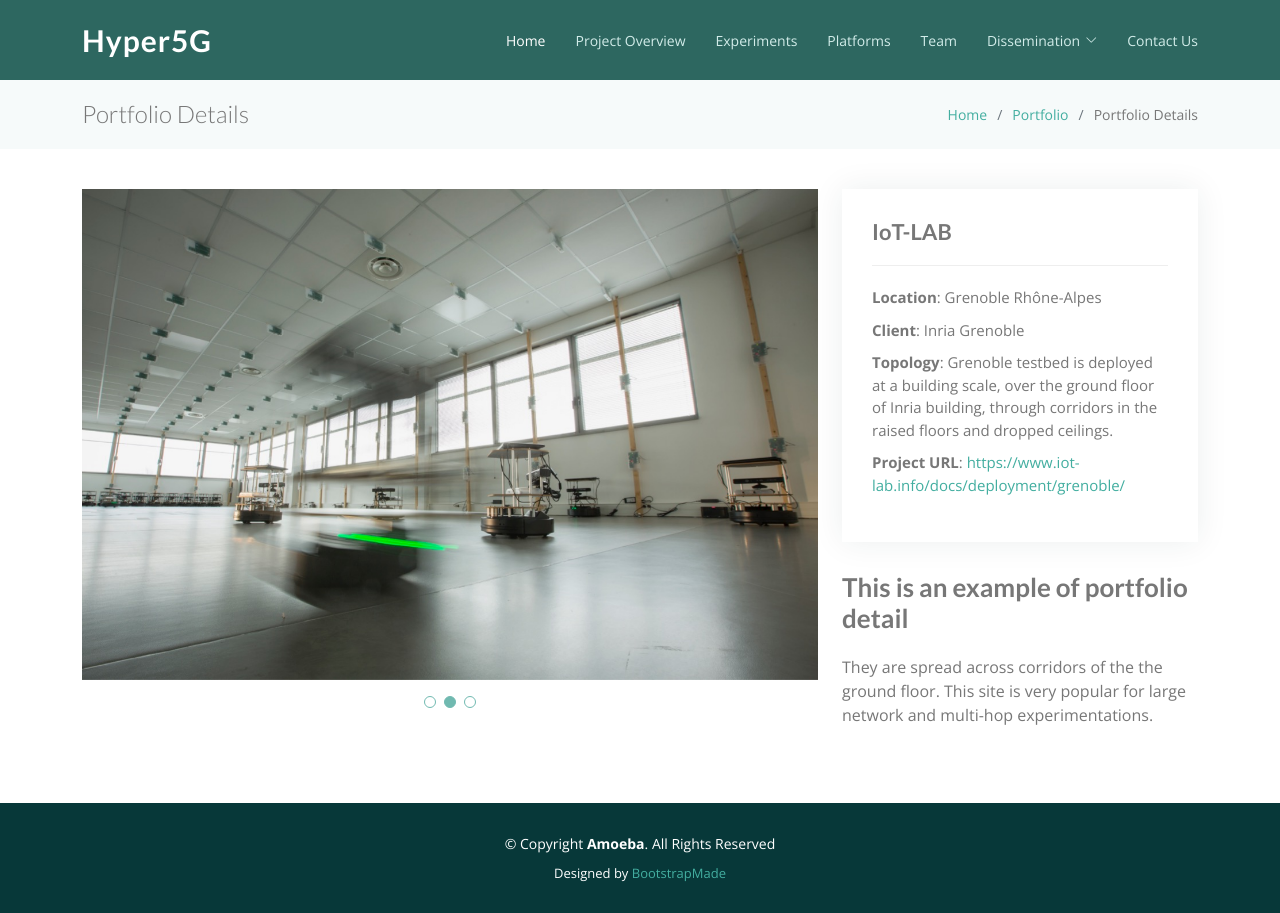
Repository: hakiri/Hyper5G
Page: portfolio-details.html
The author's editor kept a copy of each file at every save. The page is drawn from the files as they stood at one save, then again after a run of saves.
The browser window is 1280 px wide. The pictures show the whole page.

Above is the page before, as saved 2022-07-23 15:29:18.

### portfolio-details.html
<!DOCTYPE html>
<html lang="en">

<head>
    <meta charset="utf-8">
    <meta content="width=device-width, initial-scale=1.0" name="viewport">

    <title>Hyper5G</title>
    <meta content="" name="description">
    <meta content="" name="keywords">

    <!-- Favicons -->
    <link href="assets/img/favicon.png" rel="icon">
    <link href="assets/img/apple-touch-icon.png" rel="apple-touch-icon">

    <!-- Google Fonts -->
    <link href="https://fonts.googleapis.com/css?family=Open+Sans:300,300i,400,400i,600,600i,700,700i|Lato:400,300,700,900" rel="stylesheet">

    <!-- Vendor CSS Files -->
    <link href="assets/vendor/bootstrap/css/bootstrap.min.css" rel="stylesheet">
    <link href="assets/vendor/bootstrap-icons/bootstrap-icons.css" rel="stylesheet">
    <link href="assets/vendor/glightbox/css/glightbox.min.css" rel="stylesheet">
    <link href="assets/vendor/swiper/swiper-bundle.min.css" rel="stylesheet">

    <!-- Template Main CSS File -->
    <link href="assets/css/style.css" rel="stylesheet">

    <!-- =======================================================
  * Template Name: Amoeba - v4.7.0
  * Template URL: https://bootstrapmade.com/free-one-page-bootstrap-template-amoeba/
  * Author: BootstrapMade.com
  * License: https://bootstrapmade.com/license/
  ======================================================== -->
</head>

<body>

    <!-- ======= Header ======= -->
    <header id="header" class="fixed-top d-flex align-items-center">
        <div class="container d-flex align-items-center">

            <div class="logo me-auto">
                <h1><a href="index.html">Hyper5G</a></h1>
                <!-- Uncomment below if you prefer to use an image logo -->
                <!-- <a href="index.html"><img src="assets/img/logo.png" alt="" class="img-fluid"></a>-->
            </div>

            <nav id="navbar" class="navbar">
                <ul>
                    <li><a class="nav-link scrollto active" href="#hero">Home</a></li>
                    <li><a class="nav-link scrollto" href="#about">Project Overview</a></li>
                    <li><a class="nav-link scrollto" href="#services">Experiments</a></li>
                    <li><a class="nav-link scrollto" href="#portfolio">Platforms</a></li>
                    <li><a class="nav-link scrollto" href="#team">Team</a></li>
                    <li class="dropdown"><a href="#"><span>Dissemination</span> <i class="bi bi-chevron-down"></i></a>
                        <ul>
                            <li><a href="#">Delivrables</a></li>
                            <!-- <li class="dropdown"><a href="#"><span>Deep Drop Down</span> <i class="bi bi-chevron-right"></i></a>
                                <ul>
                                    <li><a href="#">Deep Drop Down 1</a></li>
                                    <li><a href="#">Deep Drop Down 2</a></li>
                                    <li><a href="#">Deep Drop Down 3</a></li>
                                    <li><a href="#">Deep Drop Down 4</a></li>
                                    <li><a href="#">Deep Drop Down 5</a></li>
                                </ul>
                            </li> -->
                            <li><a href="#">Publications</a></li>
                            <li><a href="#">Multimedia</a></li>
                            <li><a href="#">Outreach</a></li>
                        </ul>
                    </li>
                    <li><a class="nav-link scrollto" href="#contact">Contact Us</a></li>
                </ul>
                <i class="bi bi-list mobile-nav-toggle"></i>
            </nav>
            <!-- .navbar -->

        </div>
    </header>
    <!-- End #header -->

    <main id="main">

        <!-- ======= Breadcrumbs ======= -->
        <section class="breadcrumbs">
            <div class="container">

                <div class="d-flex justify-content-between align-items-center">
                    <h2>Portfolio Details</h2>
                    <ol>
                        <li><a href="index.html">Home</a></li>
                        <li><a href="portfolio.html">Portfolio</a></li>
                        <li>Portfolio Details</li>
                    </ol>
                </div>

            </div>
        </section>
        <!-- Breadcrumbs -->

        <!-- ======= Portfolio Details Section ======= -->
        <section id="portfolio-details" class="portfolio-details">
            <div class="container">

                <div class="row gy-4">

                    <div class="col-lg-8">
                        <div class="portfolio-details-slider swiper">
                            <div class="swiper-wrapper align-items-center">

                                <div class="swiper-slide">
                                    <img src="assets/img/portfolio/fit-Grenoble.jpg" alt="">
                                </div>

                                <div class="swiper-slide">
                                    <img src="assets/img/portfolio/fit-lille-3.jpg" alt="">
                                </div>

                                <div class="swiper-slide">
                                    <img src="assets/img/portfolio/fit-rob-strasb.jpg" alt="">
                                </div>

                            </div>
                            <div class="swiper-pagination"></div>
                        </div>
                    </div>

                    <div class="col-lg-4">
                        <div class="portfolio-info">
                            <h3>IoT-LAB</h3>
                            <ul>
                                <li><strong>Location</strong>: Grenoble Rhône-Alpes</li>
                                <li><strong>Client</strong>: Inria Grenoble</li>
                                <li><strong>Topology</strong>: Grenoble testbed is deployed at a building scale, over the ground floor of Inria building, through corridors in the raised floors and dropped ceilings.
                                </li>
                                <li><strong>Project URL</strong>: <a href="#">https://www.iot-lab.info/docs/deployment/grenoble/</a></li>
                            </ul>
                        </div>
                        <div class="portfolio-description">
                            <h2>This is an example of portfolio detail</h2>
                            <p>
                                They are spread across corridors of the the ground floor. This site is very popular for large network and multi-hop experimentations.

                            </p>
                        </div>
                    </div>

                </div>

            </div>
        </section>
        <!-- End Portfolio Details Section -->

    </main>
    <!-- End #main -->

    <!-- ======= Footer ======= -->
    <footer id="footer">
        <div class="container">
            <div class="copyright">
                &copy; Copyright <strong><span>Amoeba</span></strong>. All Rights Reserved
            </div>
            <div class="credits">
                <!-- All the links in the footer should remain intact. -->
                <!-- You can delete the links only if you purchased the pro version. -->
                <!-- Licensing information: https://bootstrapmade.com/license/ -->
                <!-- Purchase the pro version with working PHP/AJAX contact form: https://bootstrapmade.com/free-one-page-bootstrap-template-amoeba/ -->
                Designed by <a href="https://bootstrapmade.com/">BootstrapMade</a>
            </div>
        </div>
    </footer>
    <!-- End #footer -->

    <a href="#" class="back-to-top d-flex align-items-center justify-content-center"><i class="bi bi-arrow-up-short"></i></a>

    <!-- Vendor JS Files -->
    <script src="assets/vendor/bootstrap/js/bootstrap.bundle.min.js"></script>
    <script src="assets/vendor/glightbox/js/glightbox.min.js"></script>
    <script src="assets/vendor/isotope-layout/isotope.pkgd.min.js"></script>
    <script src="assets/vendor/swiper/swiper-bundle.min.js"></script>
    <script src="assets/vendor/php-email-form/validate.js"></script>

    <!-- Template Main JS File -->
    <script src="assets/js/main.js"></script>

</body>

</html>

Loaded but not shown: assets/vendor/bootstrap/css/bootstrap.min.css (library); assets/vendor/bootstrap-icons/bootstrap-icons.css (library); assets/vendor/glightbox/css/glightbox.min.css (library); assets/vendor/swiper/swiper-bundle.min.css (library); assets/vendor/bootstrap/js/bootstrap.bundle.min.js (library); assets/vendor/glightbox/js/glightbox.min.js (library); assets/vendor/isotope-layout/isotope.pkgd.min.js (library); assets/vendor/swiper/swiper-bundle.min.js (library); assets/vendor/php-email-form/validate.js (common file); assets/js/main.js (212 lines, source omitted); assets/css/style.css (906 lines, source omitted)

After the next 3 saves:
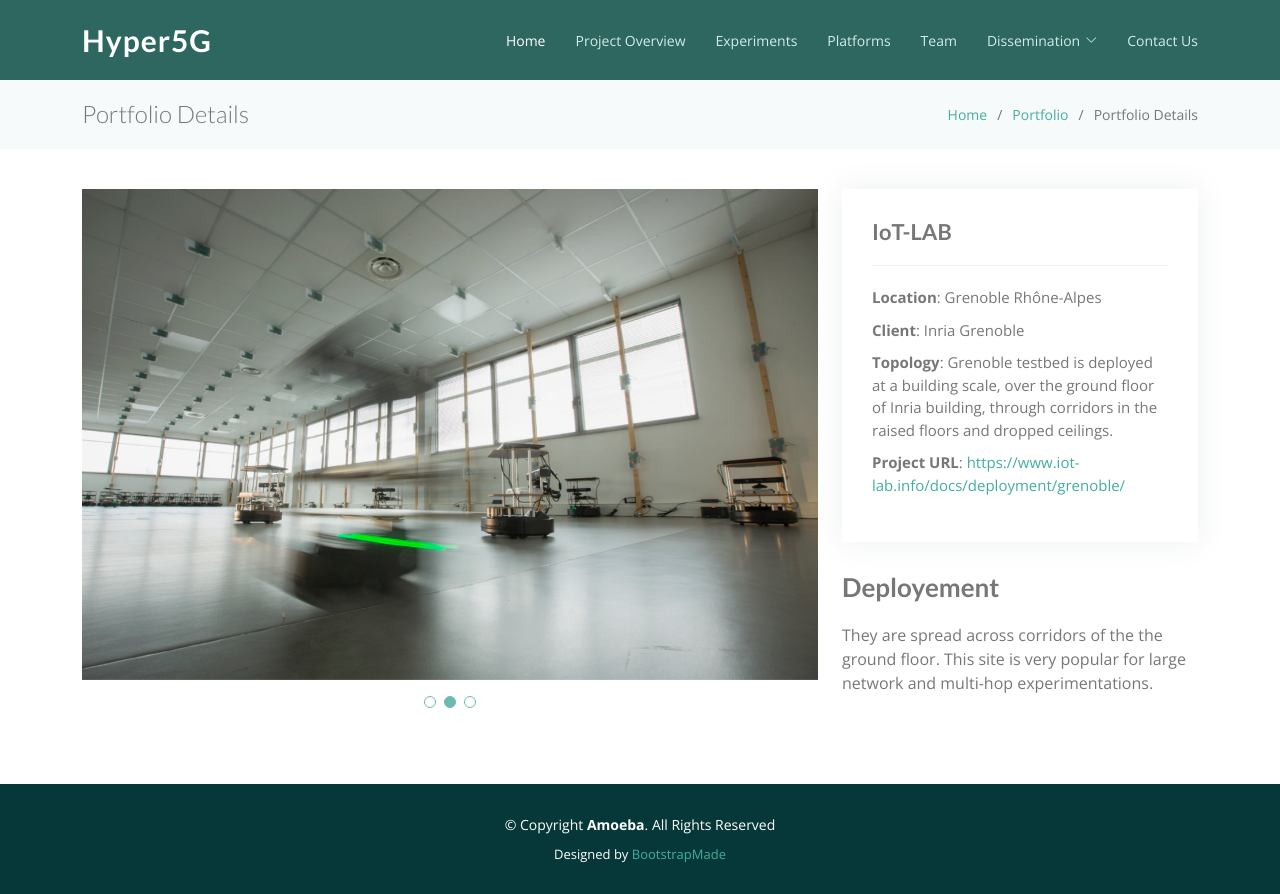
The 3 saves are shown as one change because they came seconds apart.
The last was saved 26 s later.
--- a/portfolio-details.html
+++ b/portfolio-details.html
@@ -137,7 +137,7 @@
                             </ul>
                         </div>
                         <div class="portfolio-description">
-                            <h2>This is an example of portfolio detail</h2>
+                            <h2>Deployement </h2>
                             <p>
                                 They are spread across corridors of the the ground floor. This site is very popular for large network and multi-hop experimentations.
 
